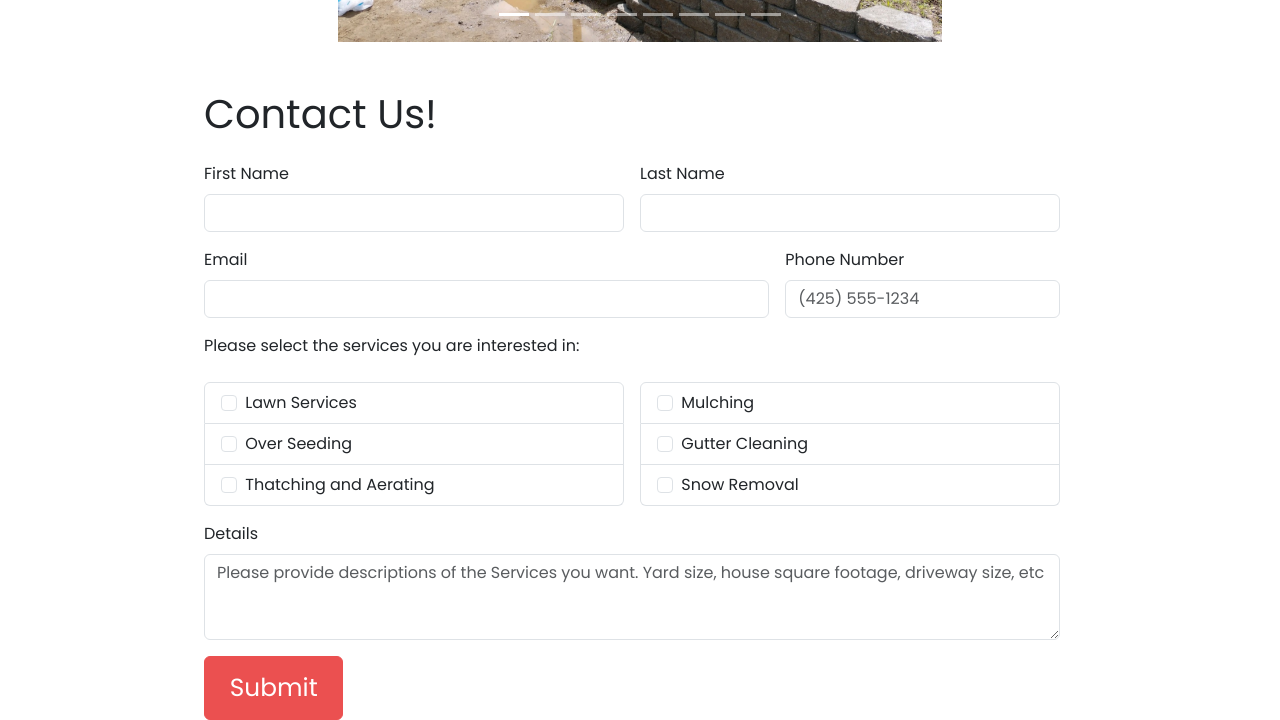
Repository: ParkerW98/Nobo
Page: docs/index.html
The author's editor kept a copy of each file at every save. The page is drawn from the files as they stood at one save, then again after the next save.
The browser window is 1280 px wide. The pictures show the part of the page from y = 4266 to 5218 px (the page is 4986 px tall before and 5218 px after).
A picture or video elsewhere on the page could not be fetched, so the positions and the page height are approximate.

Above is the page before, as saved 2024-02-13 14:01:45.

After the next save:
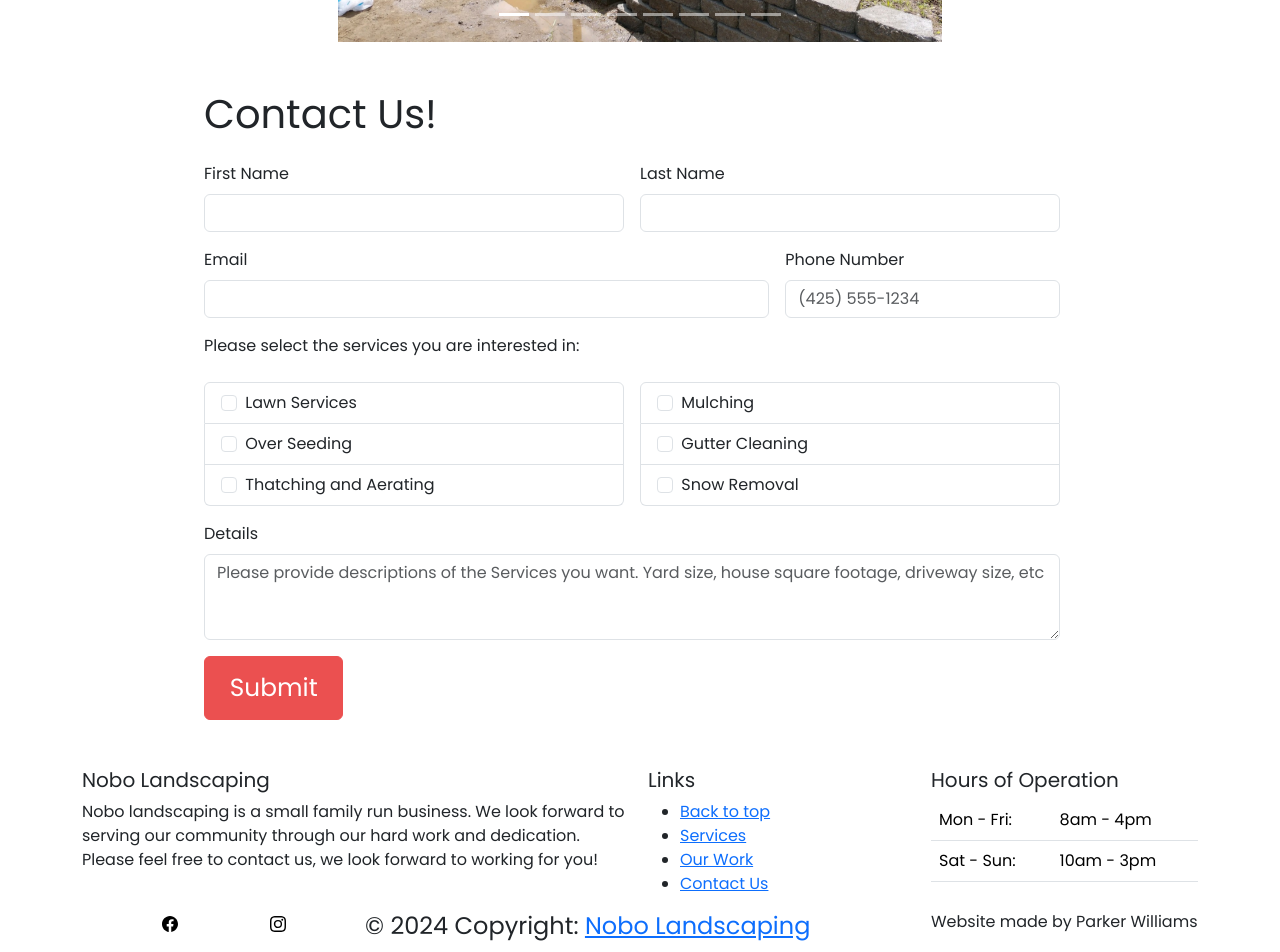
Saved 60 min 39 s later.
--- a/docs/index.html
+++ b/docs/index.html
@@ -34,6 +34,7 @@
 
     </head>
         <header>
+            <a id="top"></a>
         <div class="container-fluid logo-title">
             <div class="row">
                 <div class="col-sm align-self-center" id="banner-contact">
@@ -67,6 +68,7 @@
             </div>
         </header>
         <main>
+                <a id="services-content"></a>
                 <h1 class="services-header">Services</h1>
                 <hr/>
 
@@ -146,6 +148,7 @@
             <hr/>
             </div>
 
+            <a id="our-work-content"></a>
             <div class="container-fluid cara-div">
                 <h1 class="carousel-header">Our Work!</h1>
                 <div id="carousel-ind" class="carousel slide carousel-section">
@@ -195,9 +198,10 @@
                     </div>
                 </div>
             </div>
+            <a id="contact-us-content"></a>
             <div class="container mt-5">
                 <h1>Contact Us!</h1>
-                <form class="row g-3" action="https://formsubmit.co/tujonufu@mailgolem.com" method="POST">
+                <form class="row g-3" action="https://formsubmit.co/NEEDEMAIL@EMAIL.COM" method="POST">
                     <div class="row g-3">
                         <div class="col-md-6">
                             <label for="firstName" class="form-label">First Name</label>
@@ -260,7 +264,50 @@
             </div>
         </main>
         <footer>
-
+            <div class="container mt-5">
+                <div class="row g-3">
+                    <div class="col-md-6">
+                        <h5>Nobo Landscaping</h5>
+                        <p>Nobo landscaping is a small family run business. We look forward to serving our community through our hard work and dedication. Please feel free to contact us, we look forward to working for you!</p>
+                    </div>
+                    <div class="col-md-3">
+                        <h5>Links</h5>
+                        <ul>
+                            <li><a href="#">Back to top</a></li>
+                            <li><a href="#services-content">Services</a></li>
+                            <li><a href="#our-work-content">Our Work</a></li>
+                            <li><a href="#contact-us-content">Contact Us</a></li>
+                        </ul>
+                    </div>
+                    <div class="col-md-3">
+                        <h5>Hours of Operation</h5>
+                        <table class="table">
+                            <tbody>
+                                <tr>
+                                    <td>Mon - Fri:</td>
+                                    <td>8am - 4pm</td>
+                                </tr>
+                                <tr>
+                                    <td>Sat - Sun:</td>
+                                    <td>10am - 3pm</td>
+                                </tr>
+                            </tbody>
+                        </table>
+                    </div>
+                </div>
+                <div class="row g-3" id="footers-foot">
+                    <div class="col-md-3">
+                        <p><a href="https://facebook.com"><img src="../docs/assets/facebook.svg" alt="telephone icon" class="contact-icon"></a>
+                            <a href="https://instagram.com"><img src="../docs/assets/instagram.svg" alt="email icon" class="contact-icon"></a></p>
+                    </div>
+                    <div class="col-md-6">
+                        <h4>© 2024 Copyright: <a href="https://nobolandscpaing.com">Nobo Landscaping</a></h4>
+                    </div>
+                    <div class="col-md-3">
+                        <h6>Website made by Parker Williams</h6>
+                    </div>
+                </div>
+            </div>
         </footer>
         <!-- Bootstrap JavaScript Libraries -->
         <script
